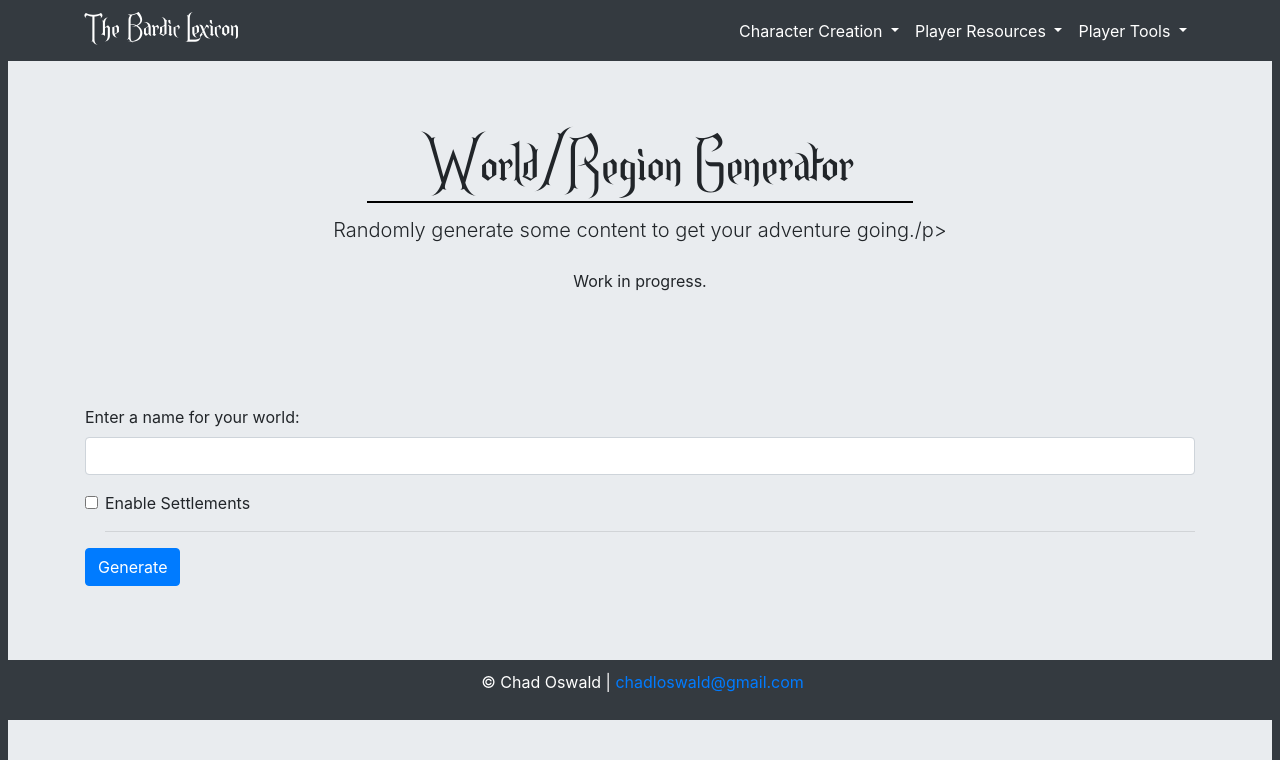
Repository: ChaidGPT/TheBardicLexicon
Page: playerTools/worldGenerator.html
An editor plug-in stored every save of this project. The page is shown before and after the next save, followed by the edit.
The browser window is 1280 px wide. The pictures show the whole page.

Above is the page before, as saved 2024-02-07 11:11:22.

After the next save:
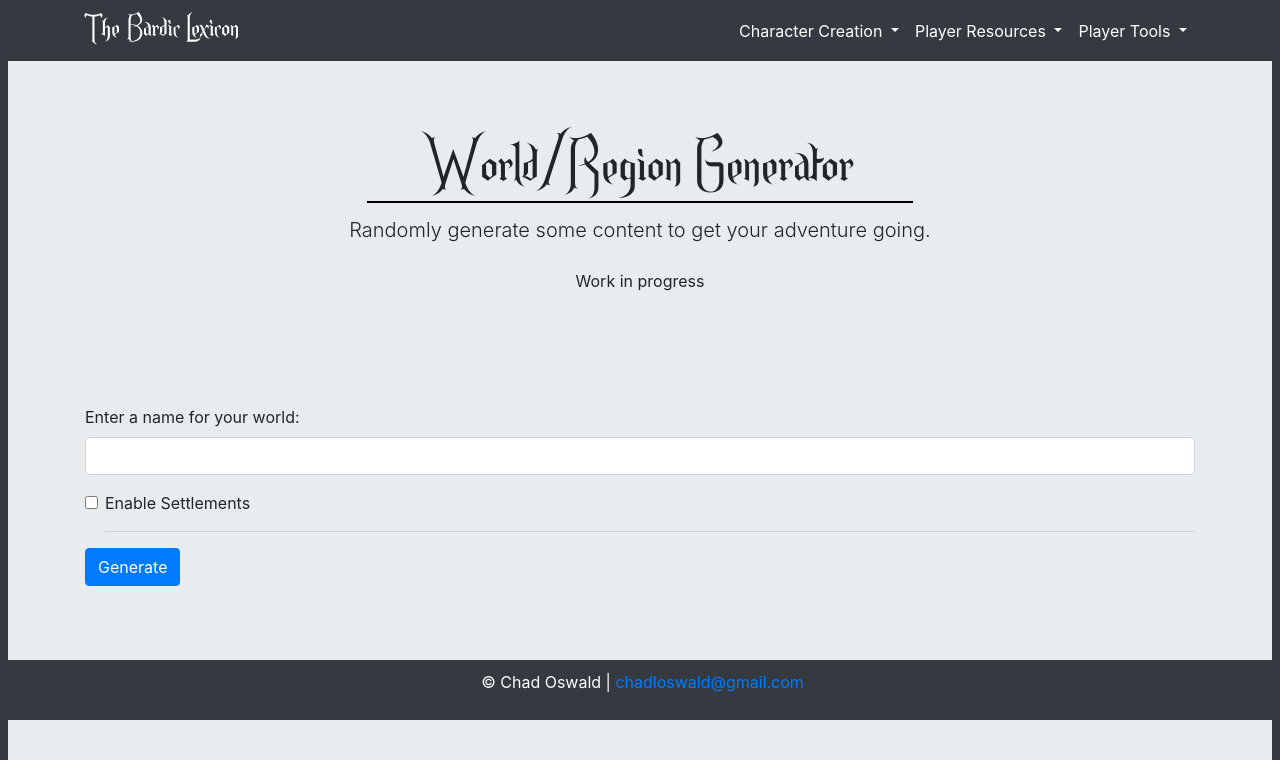
Saved 5 min 11 s later.
--- a/playerTools/worldGenerator.html
+++ b/playerTools/worldGenerator.html
@@ -76,8 +76,8 @@
       </h1>
       <div>
         <div class="horizontal-line"></div>
-        <p class="lead mb-4">Randomly generate some content to get your adventure going./p>
-        <p>Work in progress.</p>
+        <p class="lead mb-4">Randomly generate some content to get your adventure going.</p>
+        <p>Work in progress</p>
       </div>
     </div>
 
